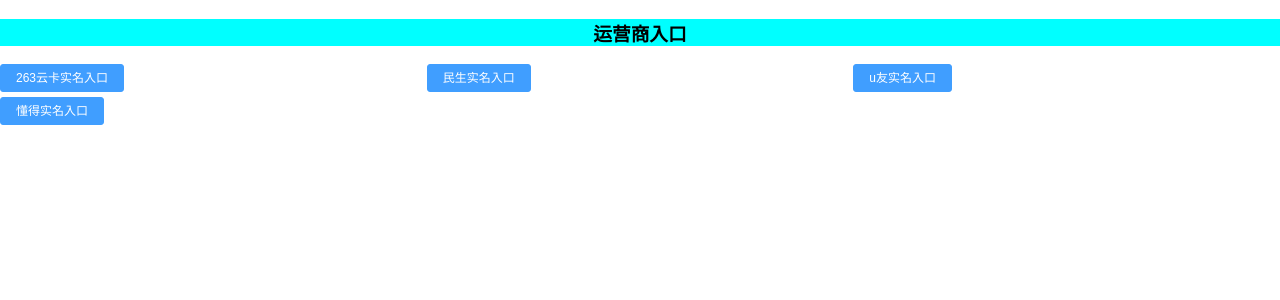
Repository: cmlsir1024/index-test
Page: index.html
These files come from the project's save history. The page is drawn as it stood at one moment and after the next save; the edit follows.
The browser window is 1280 px wide. The pictures show the whole page.

Above is the page before, as saved 2023-10-11 12:30:42.

After the next save:
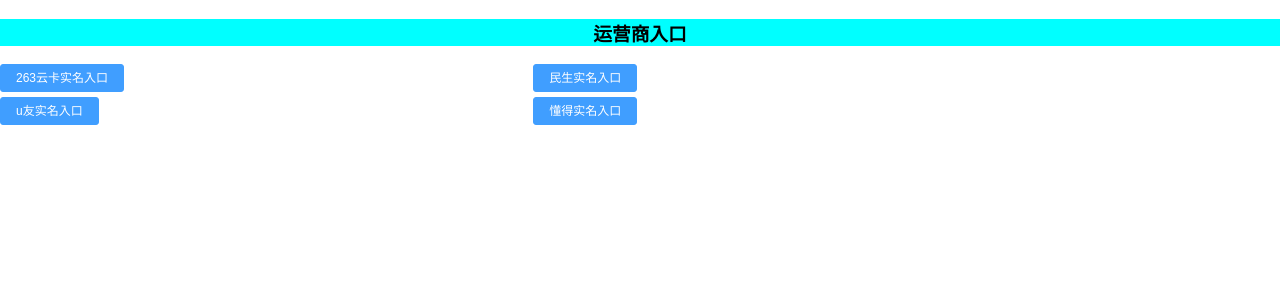
Saved 12 s later.
--- a/index.html
+++ b/index.html
@@ -102,7 +102,7 @@
       <h3 style="background-color: aqua; text-align: center">运营商入口</h3>
       <div class="box">
         <el-row>
-          <el-col :span="8" v-for="item in dataList">
+          <el-col :span="10" v-for="item in dataList">
             <el-button
               class="buttons"
               size="mini"
